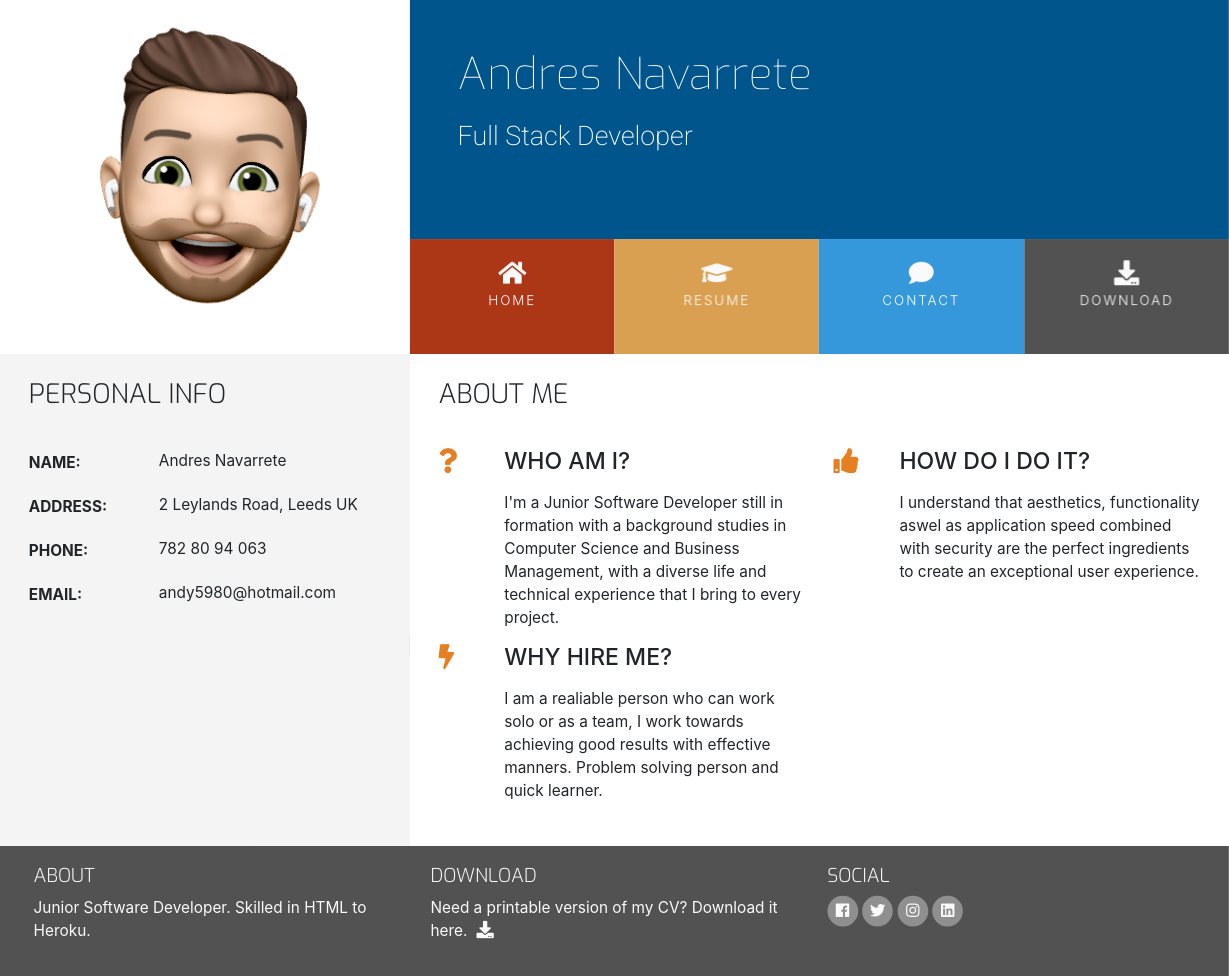
Repository: andna5980/cloud9-workspace
Page: index.html
These files come from the project's save history. The page is drawn as it stood at one moment and after the next save; the edit follows.
The browser window is 1280 px wide. The pictures show the whole page, at 96% of full size.
Some web libraries are served in a nearby version.

Above is the page before, as saved 2022-04-24 10:30:20.

After the next save:
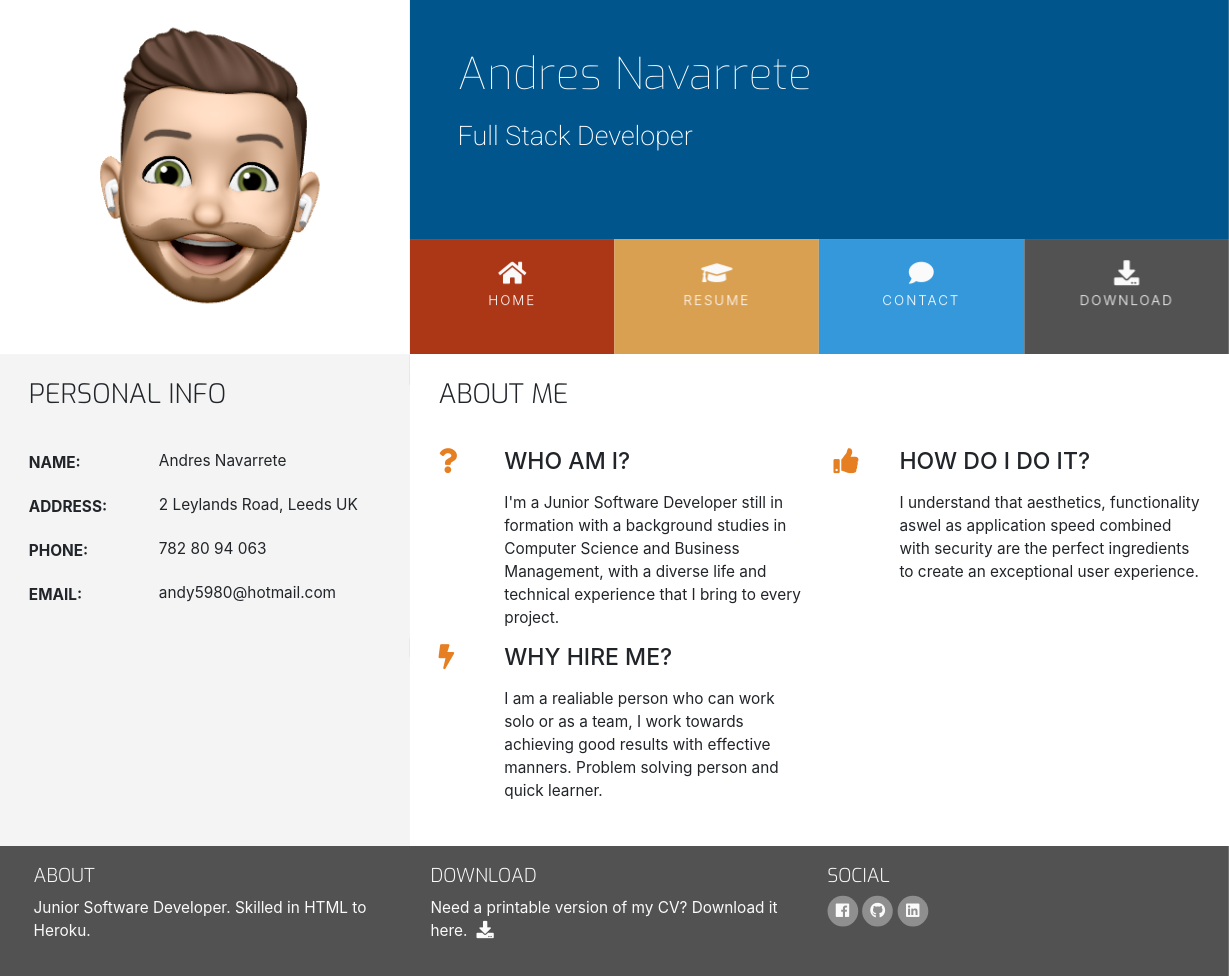
Saved 94 s later.
--- a/index.html
+++ b/index.html
@@ -200,16 +200,11 @@
                             <span class="sr-only">Facebook</span>
                         </a>
                     </li>
+
                     <li class="list-inline-item">
-                        <a target="_blank" href="#">
-                            <i class="fab fa-twitter" aria-hidden="true"></i>
-                            <span class="sr-only">Twitter</span>
-                        </a>
-                    </li>
-                    <li class="list-inline-item">
-                        <a target="_blank" href="#">
-                            <i class="fab fa-instagram" aria-hidden="true"></i>
-                            <span class="sr-only">Instagram</span>
+                        <a target="_blank" href="https://github.com/andna5980">
+                            <i class="fab fa-github" aria-hidden="true"></i>
+                            <span class="sr-only">Github</span>
                         </a>
                     </li>
                     <li class="list-inline-item">
